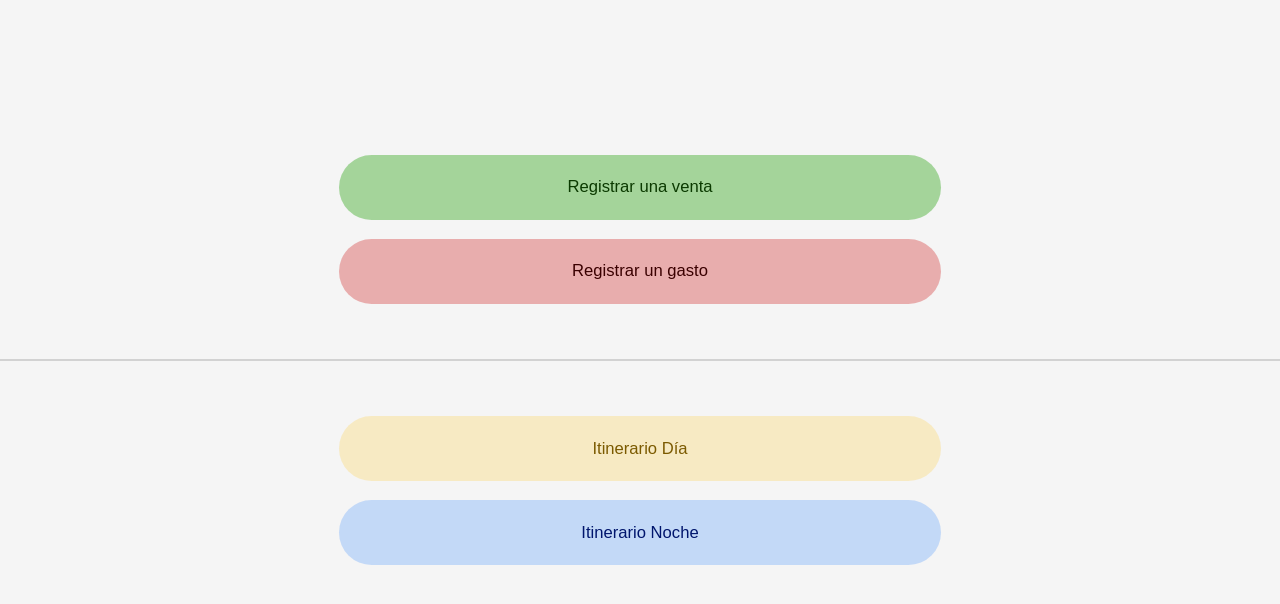
Repository: aCoupon0/intranet
Page: index.html
The author's editor kept a copy of each file at every save. The page is drawn from the files as they stood at one save, then again after the next save.
The browser window is 1280 px wide. The pictures show the whole page.

Above is the page before, as saved 2024-12-12 14:22:54.

After the next save:
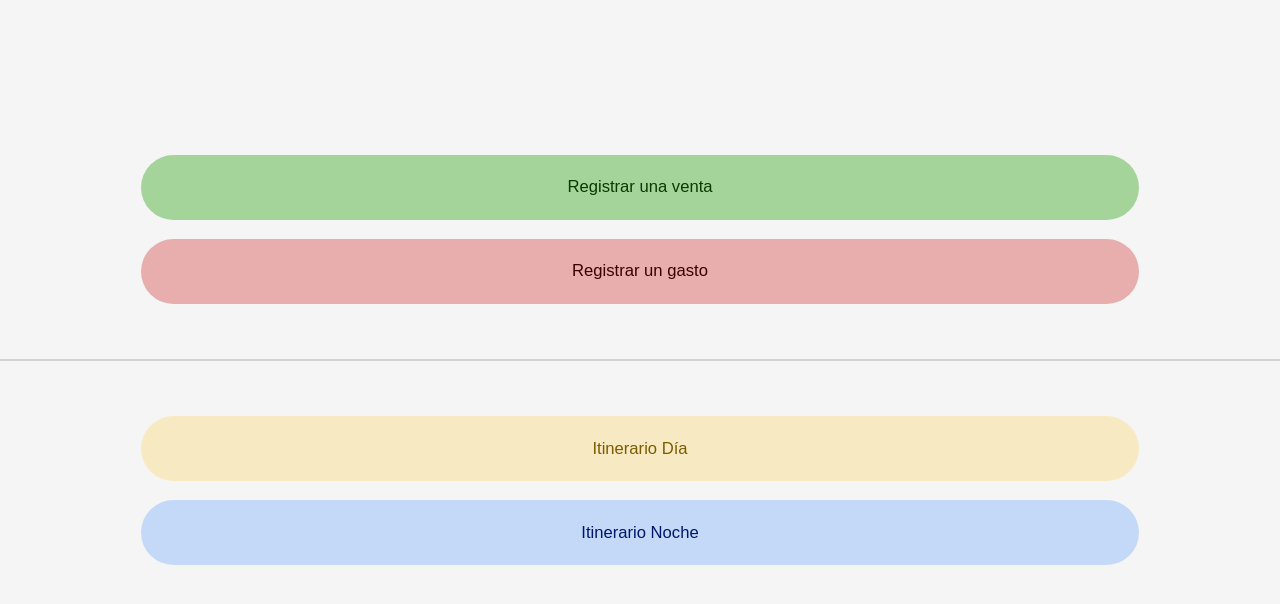
Saved 22 h 39 min later.
--- a/css/main.css
+++ b/css/main.css
@@ -17,7 +17,7 @@ h1 {
 }
 
 button {
-    width: 47%;
+    width: 78%;
     height: 9vh;
     border: none;
     border-radius: 10vw;

After the save that followed:
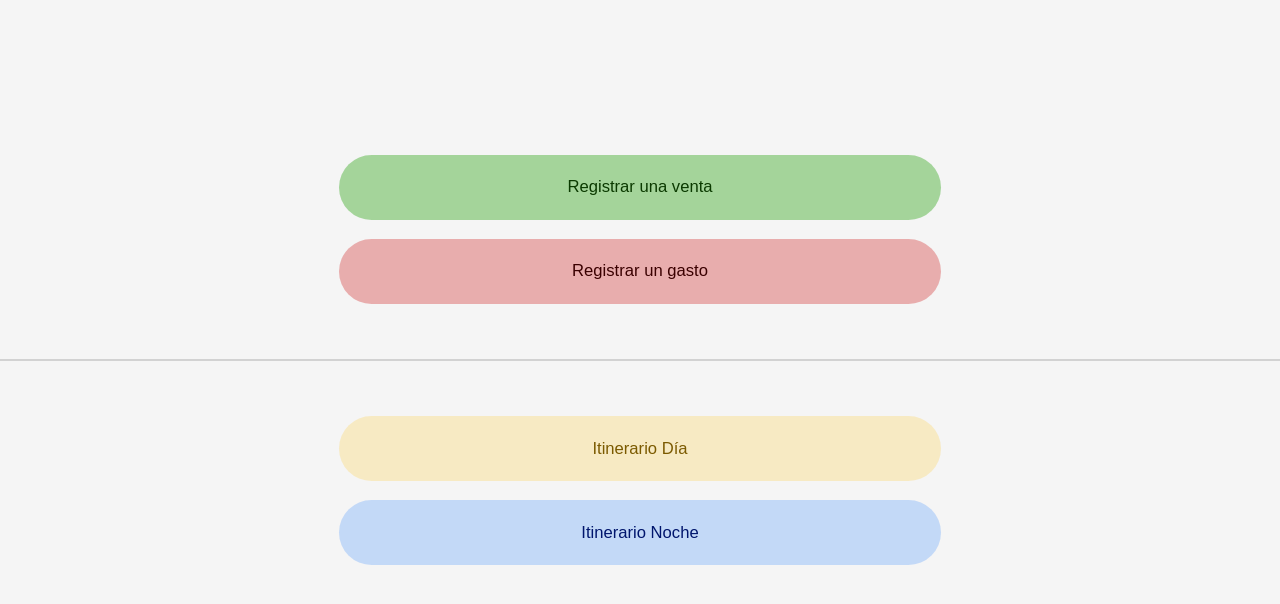
Saved 3 min 15 s later.
--- a/css/main.css
+++ b/css/main.css
@@ -17,7 +17,7 @@ h1 {
 }
 
 button {
-    width: 78%;
+    width: 47%;
     height: 9vh;
     border: none;
     border-radius: 10vw;
